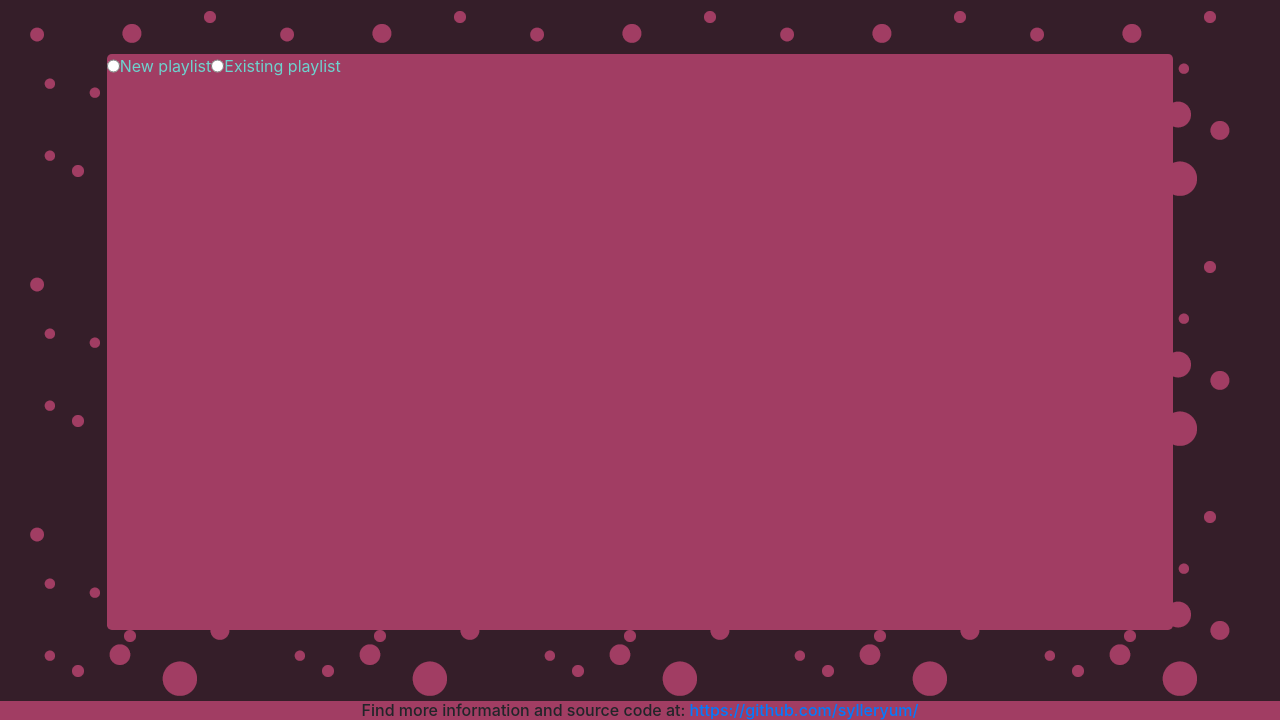
Repository: sylleryum/Frontend
Page: GetTopTracks/index.html
These files come from the project's save history. The page is drawn as it stood at one moment and after the next save; the edit follows.
The browser window is 1280 px wide. The pictures show the whole page.

Above is the page before, as saved 2019-10-13 15:55:16.

### GetTopTracks/index.html
<!doctype html>
<html lang="en">

<head>
     <title>Get top tracks from Artists and albums</title>
     <!-- Required meta tags -->
     <meta charset="utf-8">
     <meta name="viewport" content="width=device-width, initial-scale=1, shrink-to-fit=no">

     <!-- Bootstrap CSS -->
     <link rel="stylesheet" href="https://stackpath.bootstrapcdn.com/bootstrap/4.3.1/css/bootstrap.min.css"
          integrity="sha384-ggOyR0iXCbMQv3Xipma34MD+dH/1fQ784/j6cY/iJTQUOhcWr7x9JvoRxT2MZw1T" crossorigin="anonymous">

     <!-- main CSS-->
     <link rel="stylesheet" href="style.css">

</head>

<body class="background-master">

     <div class="container-fluid h-95">
          <div class="row align-items-center justify-content-center h-95">
               <div class="h-80 col col-md-10 bg-4 text-1 rounded-lg overflow-auto" id="internal-container">
                    <div class="row">
                              <input type="radio" id="rNew" name="playlistRadio" value="new" onchange="radioChecker()">New
                              playlist
                              <input type="radio" id="rExisting" name="playlistRadio" value="existing"
                                     onchange="radioChecker()">Existing
                              playlist
                    </div>
                    <div class="row"></div>
                    <div class="row"></div>
                    <div class="row"></div>
                    <div class="row"></div>

               </div>

          </div>

     </div>
     <footer class="text-center m-0 p-0 bg-4 footer-clear">
          <h6 class="p-0 m-0 text-w">Find more information and source code at: <a href="https://github.com/sylleryum/">
                    https://github.com/sylleryum/</a></h6>

     </footer>







     <!-- Optional JavaScript -->
     <!-- jQuery first, then Popper.js, then Bootstrap JS -->
     <script src="https://code.jquery.com/jquery-3.3.1.slim.min.js"
          integrity="sha384-q8i/X+965DzO0rT7abK41JStQIAqVgRVzpbzo5smXKp4YfRvH+8abtTE1Pi6jizo"
          crossorigin="anonymous"></script>
     <script src="https://cdnjs.cloudflare.com/ajax/libs/popper.js/1.14.7/umd/popper.min.js"
          integrity="sha384-UO2eT0CpHqdSJQ6hJty5KVphtPhzWj9WO1clHTMGa3JDZwrnQq4sF86dIHNDz0W1"
          crossorigin="anonymous"></script>
     <script src="https://stackpath.bootstrapcdn.com/bootstrap/4.3.1/js/bootstrap.min.js"
          integrity="sha384-JjSmVgyd0p3pXB1rRibZUAYoIIy6OrQ6VrjIEaFf/nJGzIxFDsf4x0xIM+B07jRM"
          crossorigin="anonymous"></script>
</body>

</html>

### GetTopTracks/style.css
.footer-clear{
     width: 100%;
     position: fixed;
     bottom: 0%;
}

.background-master{
     background: url(images/bb.png) repeat;
}

.h-100{
     min-height: 100vh;
 }

 .h-95{
     min-height: 95vh;
 }
.h-80{
     min-height: 80vh;
     max-height: 90vh;
 }

 .bg-1{background: #6dd3ce!important}
 .bg-2{background: #c8e9a0!important}
 .bg-3{background: #f7a278!important}
 .bg-4{background: #a13d63!important}
 .bg-5{background: #351e29!important}

.text-1{color: #6dd3ce!important}
.text-2{color: #c8e9a0!important}
.text-3{color: #f7a278!important}
.text-4{color: #a13d63!important}
.text-5{color: #351e29!important}

After the next save:
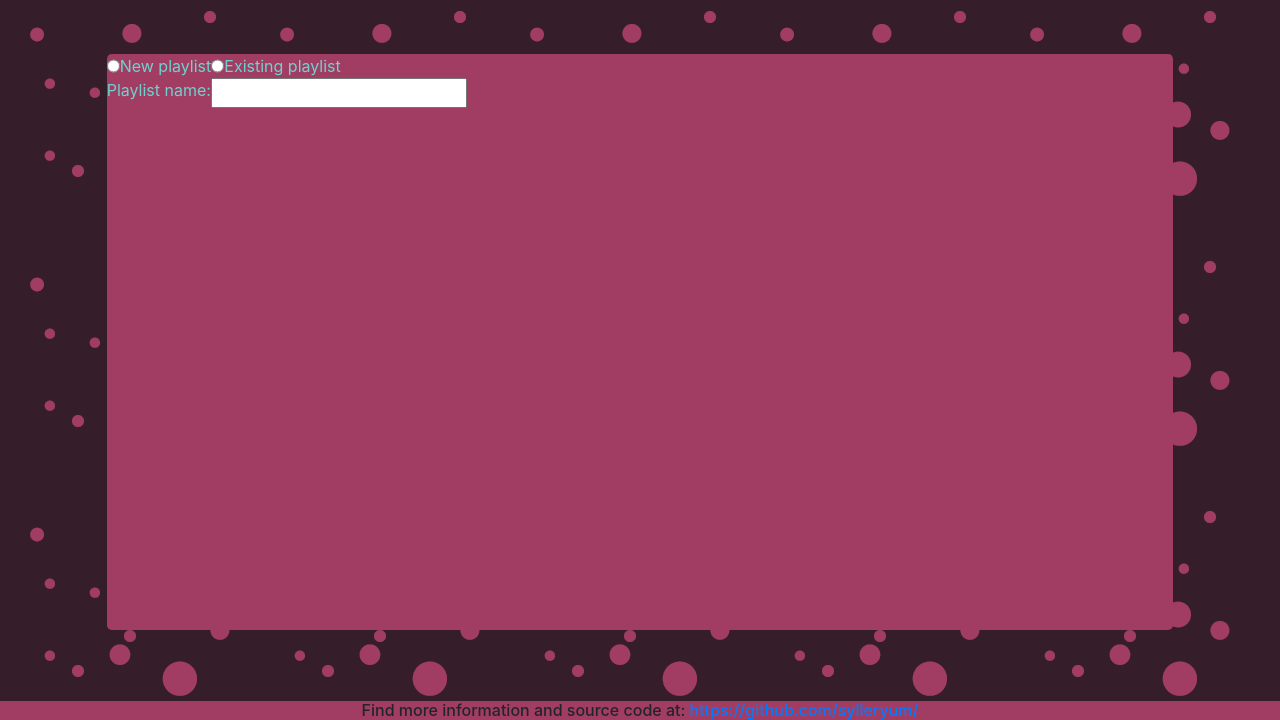
Saved 69 s later.
--- a/GetTopTracks/index.html
+++ b/GetTopTracks/index.html
@@ -28,7 +28,9 @@
                                      onchange="radioChecker()">Existing
                               playlist
                     </div>
-                    <div class="row"></div>
+                    <div class="row">
+                              Playlist name: <input type="text" id="playlistName" name="playlistName"/>
+                    </div>
                     <div class="row"></div>
                     <div class="row"></div>
                     <div class="row"></div>
